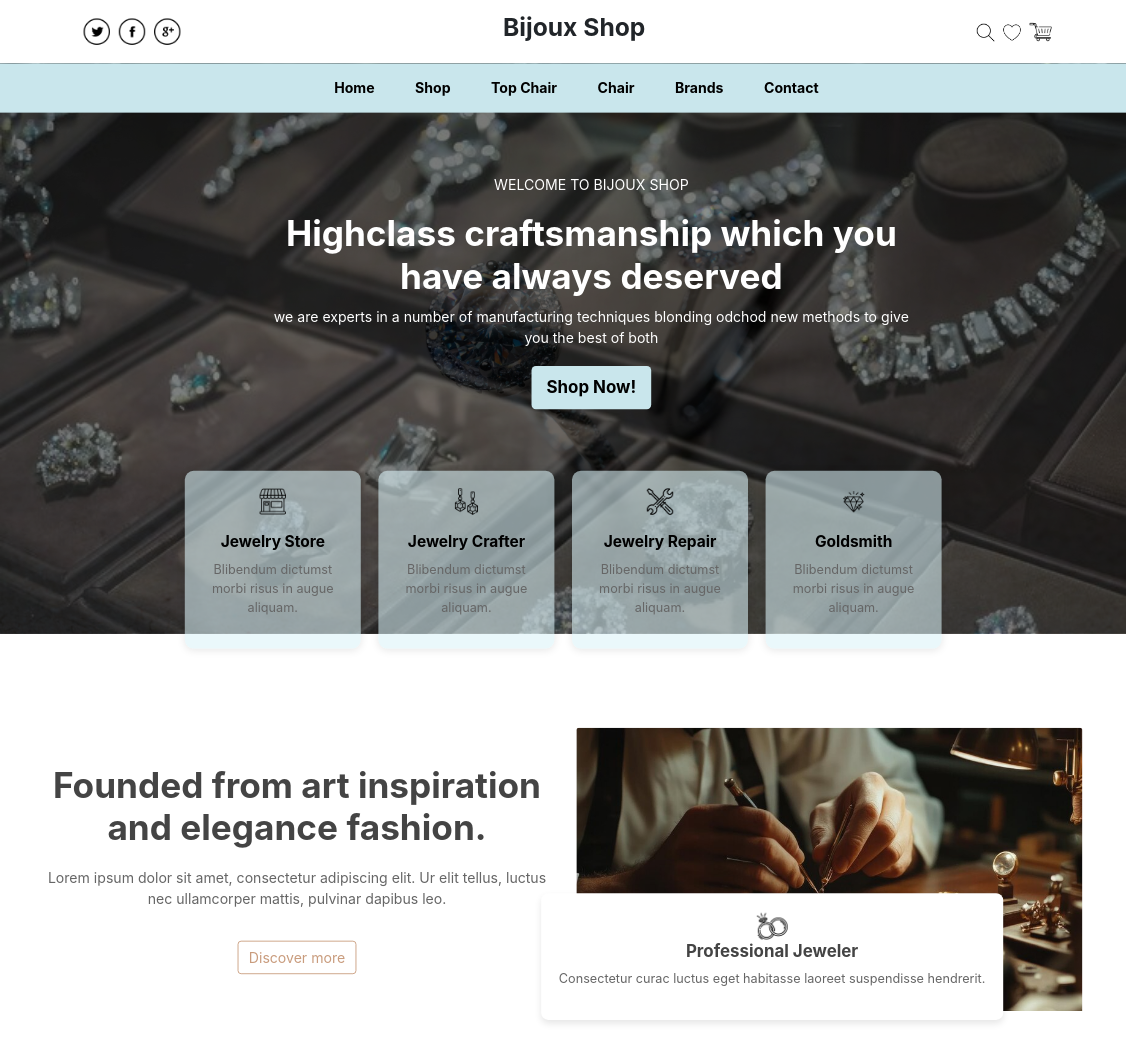
Repository: Manar-Bouallaga/bijoux-frontend-project
Page: /
An editor plug-in stored every save of this project. The page is shown before and after the next save, followed by the edit.
The browser window is 1280 px wide. The pictures show the whole page, at 88% of full size.
The project was rebuilt for these pictures with package versions that can differ from the ones it lists, and the page was loaded fresh each time.

Above is the page before, as saved 2024-10-14 16:12:51.

After the next save:
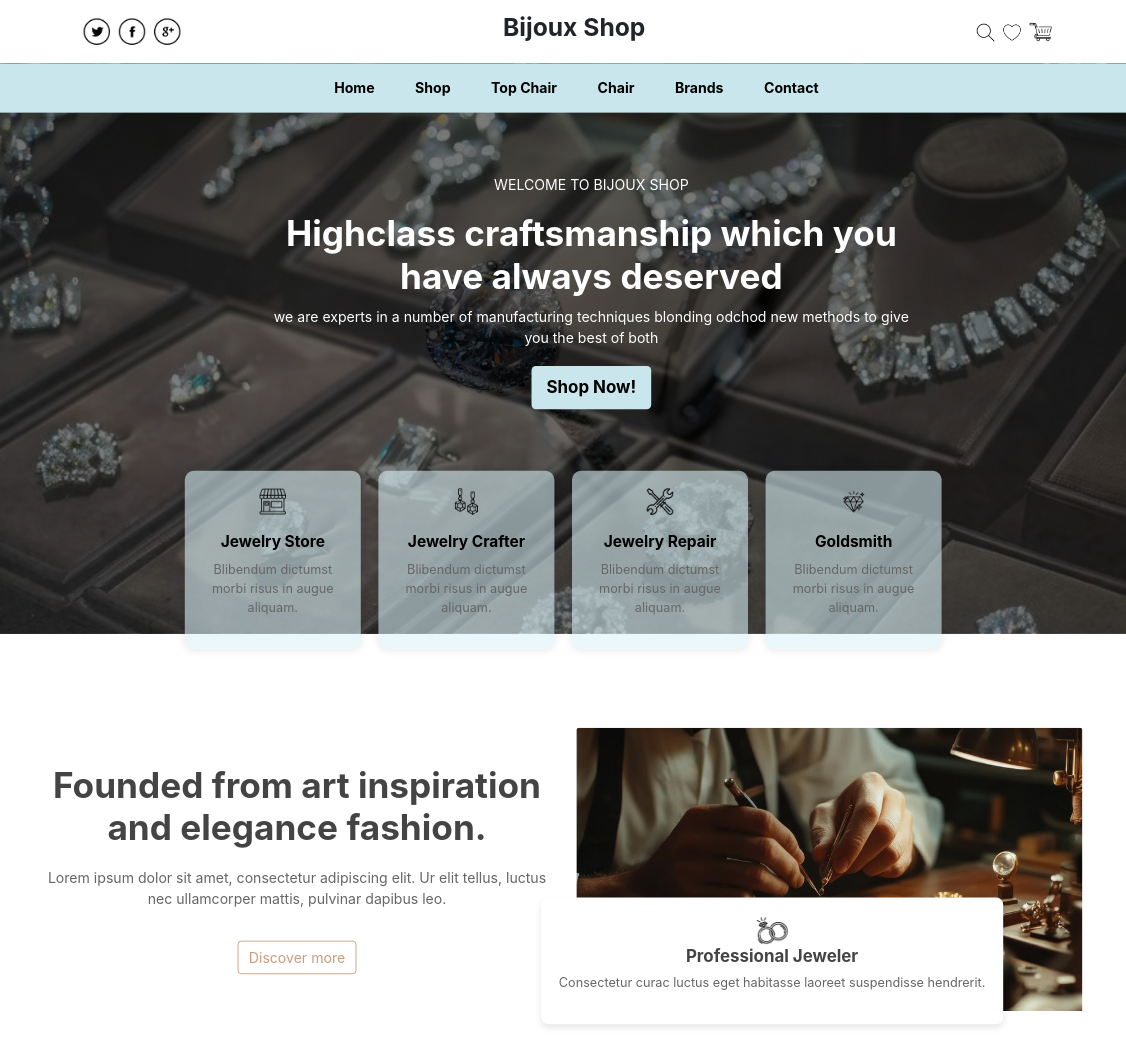
Saved 10 s later.
--- a/src/accueil/accueil.css
+++ b/src/accueil/accueil.css
@@ -232,7 +232,7 @@
 
   .card-overlay {
     position: absolute;
-    bottom: -10px;
+    bottom: -15px;
     left: -40px;
     background-color: #fff;
     padding: 20px;
